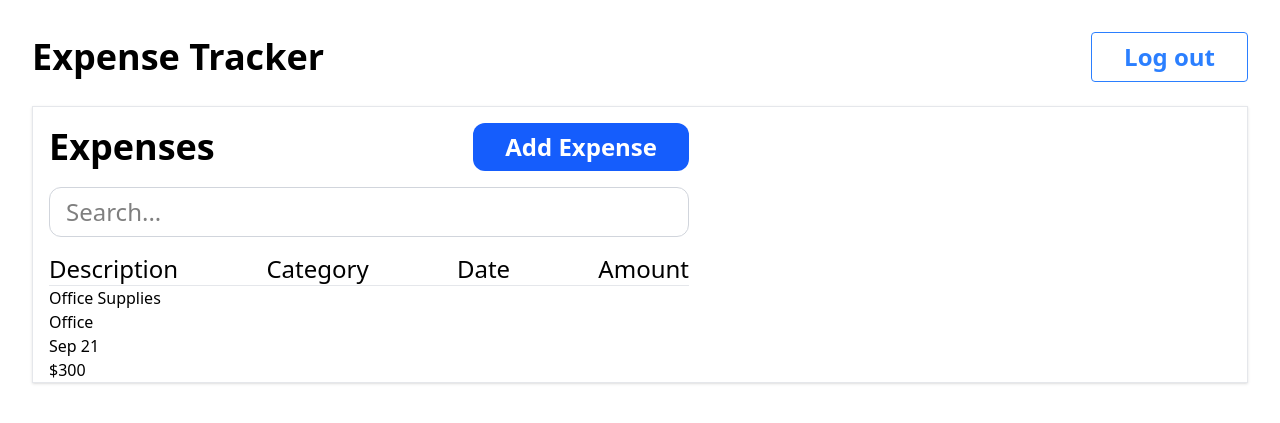
Repository: Syed-Mohsin-Ali786/frontend-expense-tracker
Page: /
The author's editor kept a copy of each file at every save. The page is drawn from the files as they stood at one save, then again after the next save.
The browser window is 1280 px wide. The pictures show the whole page.
The project was rebuilt for these pictures with package versions that can differ from the ones it lists, and the page was loaded fresh each time.

Above is the page before, as saved 2025-09-28 14:27:23.

### src/App.tsx
import "./App.css";

function App() {
  return (
    <div className=" mt-4 mx-4 p-4">
      {/* Header */}
      <header className="flex items-center justify-between">
        <h1 className="text-4xl  font-semibold">Expense Tracker</h1>
        <button className=" border border-blue-500 py-2 px-3 md:px-6 lg:px-8 rounded font-semibold text-blue-500 text-2xl ">
          Log out
        </button>
      </header>

      {/* The main page */}
      <section className="mt-6 shadow border-gray-200 border px-4">
        {/* Expenses */}
        <div className="flex flex-col w-[50vw] justify-between mt-4">
          <div className="flex justify-between items-center ">
          <h1 className="text-4xl  font-semibold">Expenses</h1>
          <button className=" bg-blue-600  py-2 px-3 md:px-6 lg:px-8 rounded-[12px] font-semibold text-[#ffff] text-2xl">
            Add Expense
          </button>
          </div>
          <div>
          <input type="text" placeholder="Search..."  className="py-2 px-4 w-full text-2xl border-gray-300 border rounded-[12px] mt-4 "/>
          <div className="flex text-2xl items-center justify-between mt-4 border-gray-200 border-b">
            <p>Description</p>
            <p>Category</p>
            <p>Date</p>
            <p>Amount</p>
          </div>
          <p>Office Supplies</p>
          <p>Office</p>
         <p> Sep 21</p>
         <p>$300</p>
          </div>
        </div>
        {/* Charts */}
        <div></div>
      </section>
    </div>
  );
}

export default App;

Loaded but not shown: index.html (common file); src/main.tsx (common file); src/App.css (common file)

After the next save:
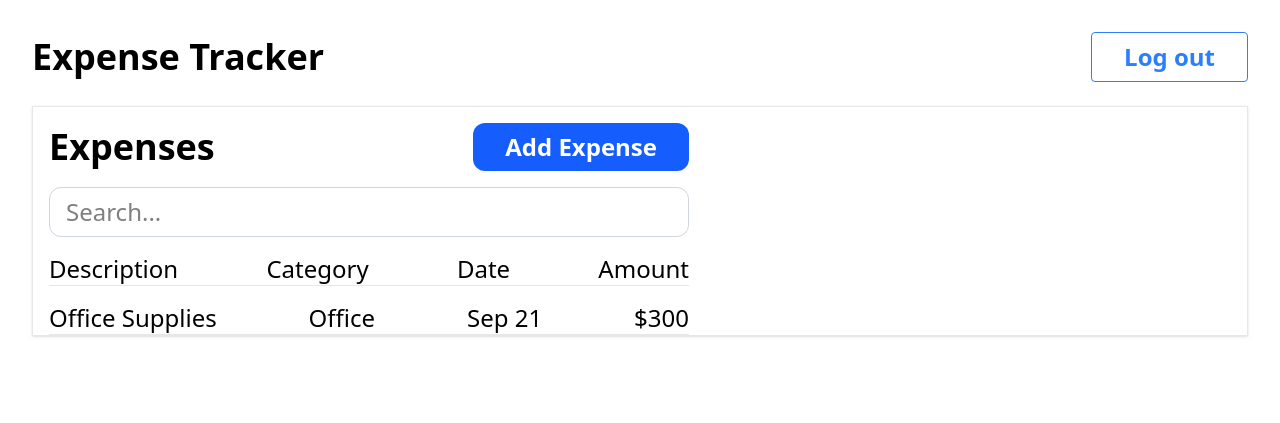
Saved 30 s later.
--- a/src/App.tsx
+++ b/src/App.tsx
@@ -16,23 +16,29 @@ function App() {
         {/* Expenses */}
         <div className="flex flex-col w-[50vw] justify-between mt-4">
           <div className="flex justify-between items-center ">
-          <h1 className="text-4xl  font-semibold">Expenses</h1>
-          <button className=" bg-blue-600  py-2 px-3 md:px-6 lg:px-8 rounded-[12px] font-semibold text-[#ffff] text-2xl">
-            Add Expense
-          </button>
+            <h1 className="text-4xl  font-semibold">Expenses</h1>
+            <button className=" bg-blue-600  py-2 px-3 md:px-6 lg:px-8 rounded-[12px] font-semibold text-[#ffff] text-2xl">
+              Add Expense
+            </button>
           </div>
           <div>
-          <input type="text" placeholder="Search..."  className="py-2 px-4 w-full text-2xl border-gray-300 border rounded-[12px] mt-4 "/>
-          <div className="flex text-2xl items-center justify-between mt-4 border-gray-200 border-b">
-            <p>Description</p>
-            <p>Category</p>
-            <p>Date</p>
-            <p>Amount</p>
-          </div>
-          <p>Office Supplies</p>
-          <p>Office</p>
-         <p> Sep 21</p>
-         <p>$300</p>
+            <input
+              type="text"
+              placeholder="Search..."
+              className="py-2 px-4 w-full text-2xl border-gray-300 border rounded-[12px] mt-4 "
+            />
+            <div className="flex text-2xl items-center justify-between mt-4 border-gray-200 border-b">
+              <p>Description</p>
+              <p>Category</p>
+              <p>Date</p>
+              <p>Amount</p>
+            </div>
+            <div className="flex text-2xl items-center justify-between mt-4 border-gray-200 border-b">
+              <p>Office Supplies</p>
+              <p>Office</p>
+              <p> Sep 21</p>
+              <p>$300</p>
+            </div>
           </div>
         </div>
         {/* Charts */}
